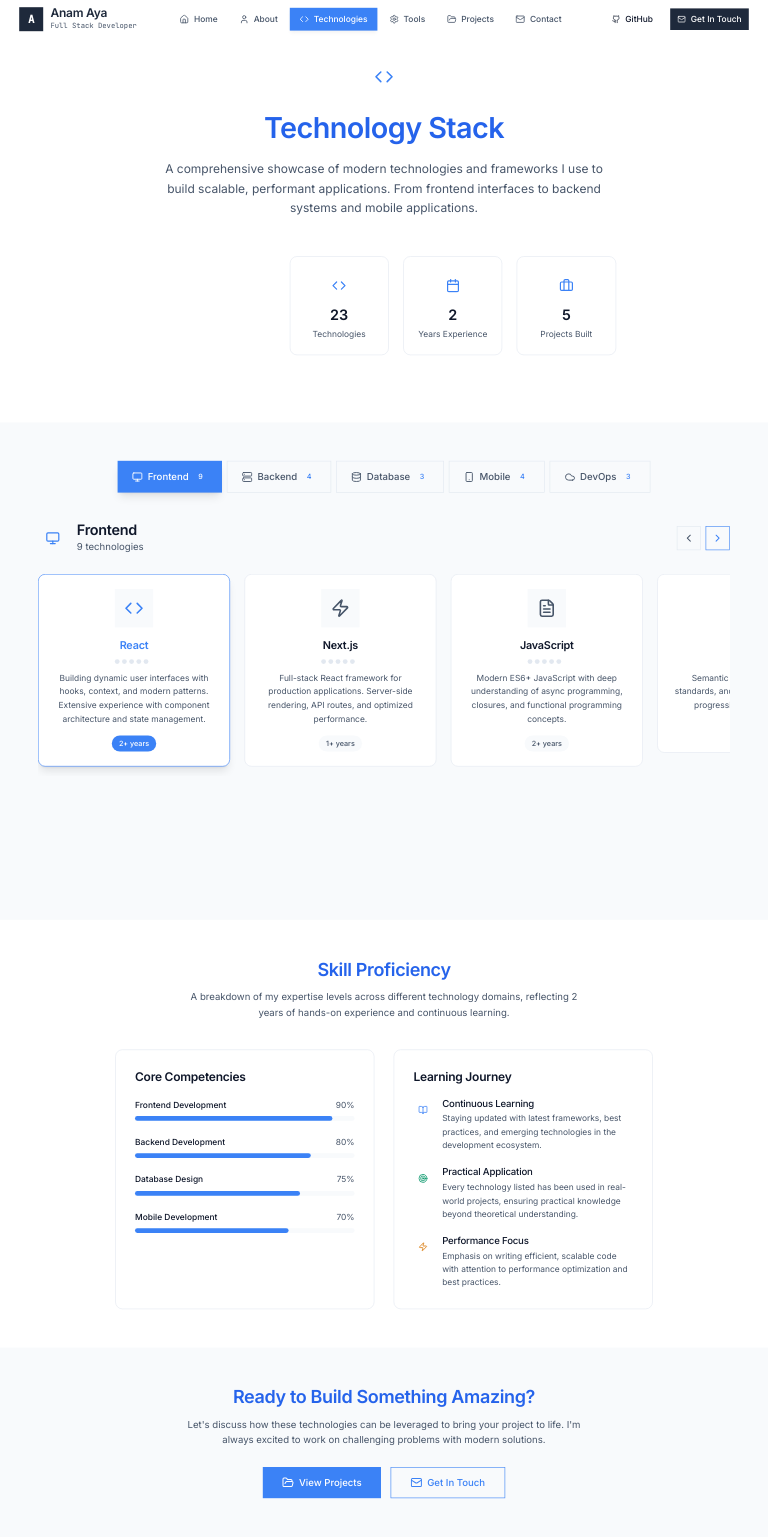
Repository: ayaaas/portflio_aya
Page: /technologies-interactive-stack-showcase
The author's editor kept a copy of each file at every save. The page is drawn from the files as they stood at one save, then again after the next save.
The browser window is 1280 px wide. The pictures show the whole page, at 60% of full size.
The project was rebuilt for these pictures with package versions that can differ from the ones it lists, and the page was loaded fresh each time. Also part of the build but not shown: vite.config.mjs, src/components/ErrorBoundary.jsx, src/components/AppImage.jsx, src/pages/hero-section-developer-portfolio/components/ProfileImage.jsx, src/pages/hero-section-developer-portfolio/components/AnimatedText.jsx, src/pages/hero-section-developer-portfolio/components/HeroContent.jsx, src/pages/hero-section-developer-portfolio/components/BackgroundPattern.jsx, src/pages/hero-section-developer-portfolio/components/ScrollIndicator.jsx and 23 more.

Above is the page before, as saved 2025-07-19 22:31:31.

After the next save:
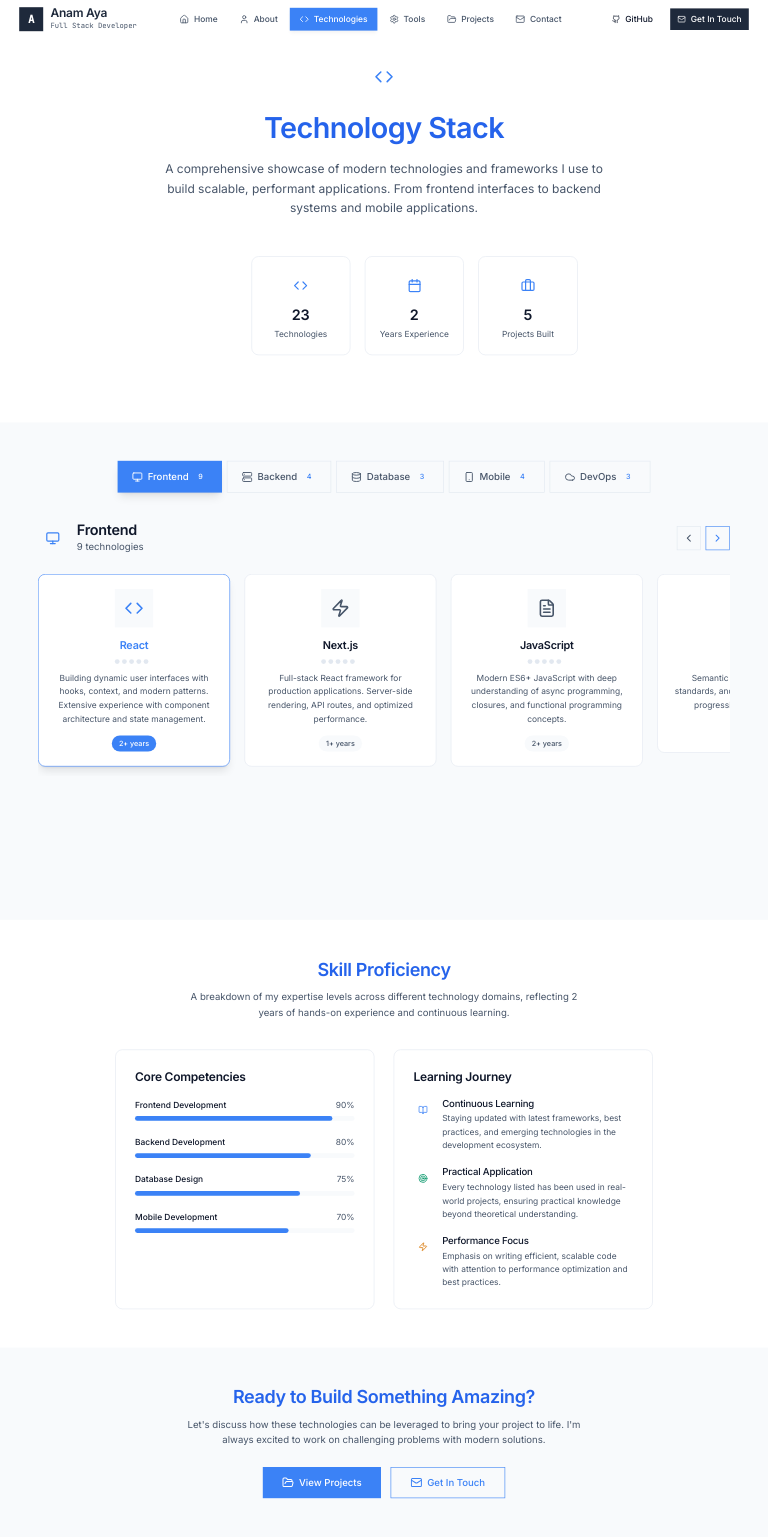
Saved 2 min 27 s later.
--- a/src/pages/technologies-interactive-stack-showcase/index.jsx
+++ b/src/pages/technologies-interactive-stack-showcase/index.jsx
@@ -253,8 +253,8 @@ const TechnologiesInteractiveStackShowcase = () => {
               </p>
             </div>
 
-            {/* Technology Stats - RIGHT ALIGNED */}
-            <div className={`flex justify-end transition-all duration-1000 delay-200 ${
+            {/* Technology Stats - slightly less to the right with padding-right */}
+            <div className={`flex justify-end pr-16 transition-all duration-1000 delay-200 ${
               isVisible ? 'opacity-100 translate-y-0' : 'opacity-0 translate-y-8'
             }`}>
               <TechnologyStats stats={technologyStats} />
